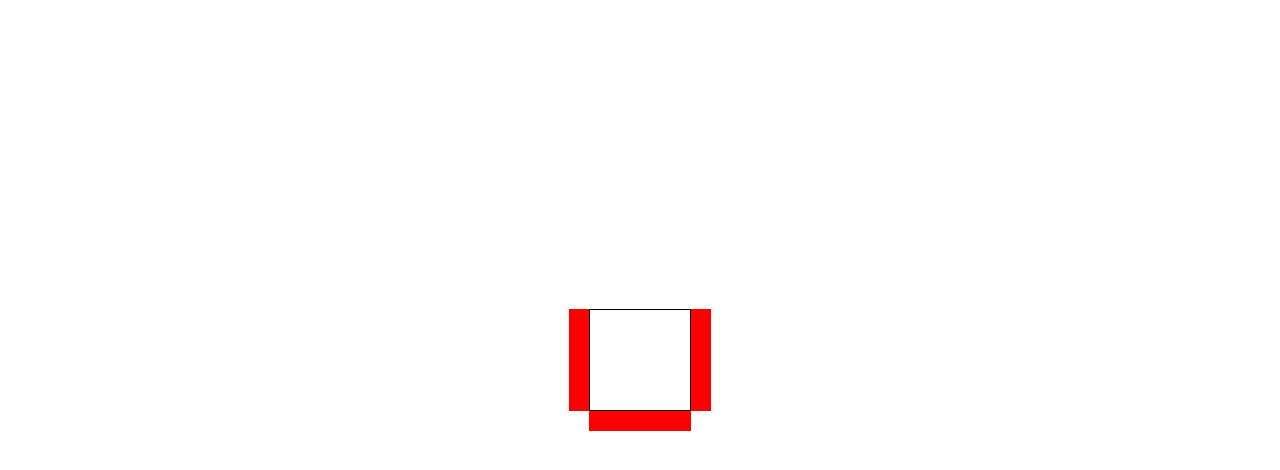
Repository: Jhin7782/HBuilder-Projects
Page: 【CSS】/高级属性/阴影/box-shadow.html
An editor plug-in stored every save of this project. The page is shown before and after the next save, followed by the edit.
The browser window is 1280 px wide. The pictures show the whole page.

Above is the page before, as saved 2017-06-12 14:28:56.

After the next save:
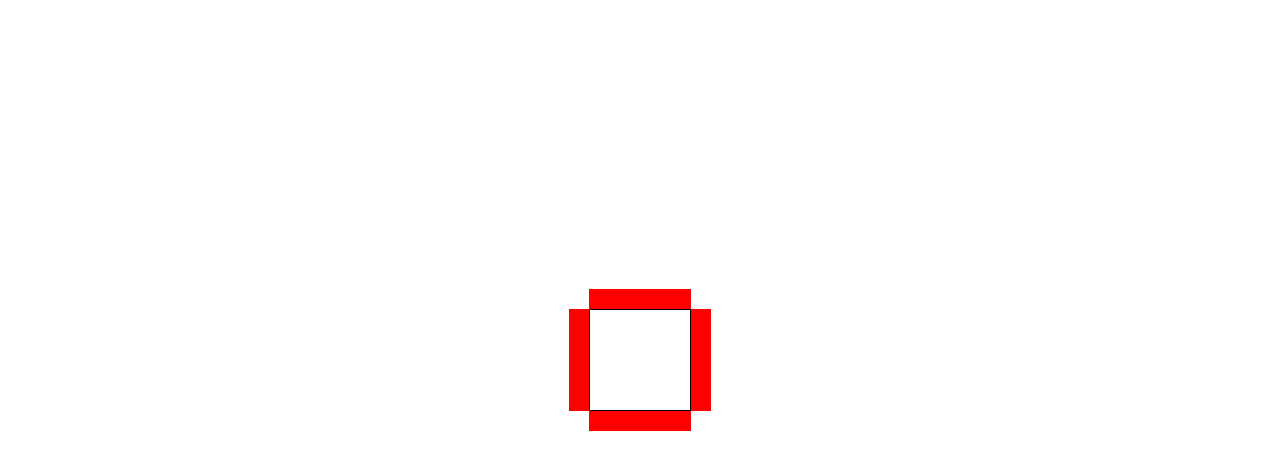
Saved 7 s later.
--- a/【CSS】/高级属性/阴影/box-shadow.html
+++ b/【CSS】/高级属性/阴影/box-shadow.html
@@ -14,7 +14,7 @@
 				-webkit-transform: translate(-50%, -50%);
 				transform: translate(-50%, -50%);
 
-				box-shadow: 20px 0px 0px 0px red, 0px 20px 0px 0px red, -20px 0px 0px 0px red, 0px 20px 0px 0px red  ;
+				box-shadow: 20px 0px 0px 0px red, 0px 20px 0px 0px red, -20px 0px 0px 0px red, 0px -20px 0px 0px red  ;
 			}
 		</style>
 	</head>
